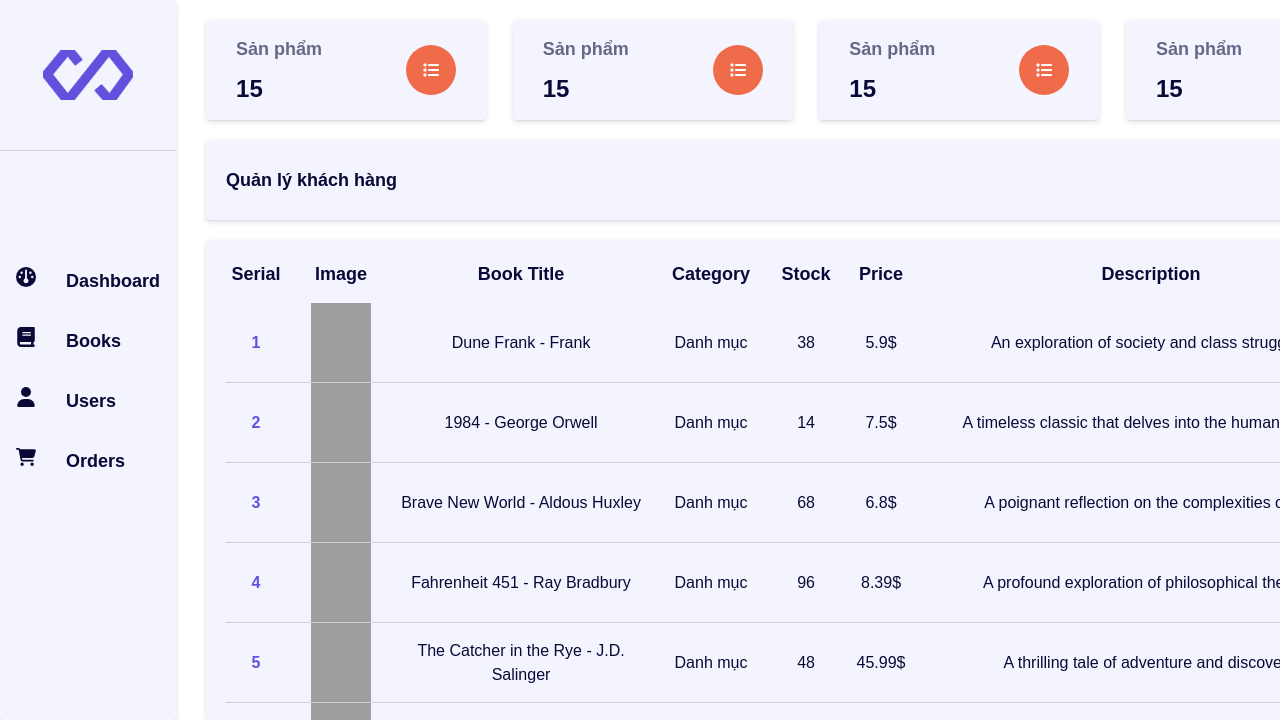
Repository: kauittt/BookStore_FE
Page: / (app in book-store/), after clicking the first element matching `svg.fa-pen`
The author's editor kept a copy of each file at every save. The page is drawn from the files as they stood at one save, then again after the next save.
The browser window is 1280 px wide. The pictures show the whole page.
Pictures or frames that could not be fetched are drawn as grey boxes. An inner scrolling area shows only its first screen. The project was rebuilt for these pictures with package versions that can differ from the ones it lists, and the page was loaded fresh each time. Also part of the build but not shown: book-store/vite.config.js, book-store/src/components/elements/FormInput.jsx, book-store/src/components/login-signup/Login.jsx, book-store/src/components/book/BookItem.jsx, book-store/src/components/book/BookList.jsx, book-store/src/components/elements/BackNavigation.jsx, book-store/src/components/book/BookDetail.jsx, book-store/src/components/cart/QuantitySelector.jsx and 4 more.

Above is the page before, as saved 2024-07-20 12:46:02.

### book-store/src/App.jsx
import Login from "./components/login-signup/Login";
import BookItem from "./components/book/BookItem";
import BookList from "./components/book/BookList";
import BookDetail from "./components/book/BookDetail";
import CartItem from "./components/cart/CartItem";
import Cart from "./components/cart/Cart";
import Checkout from "./components/checkout/Checkout";
import AdminNav from "./components/admin/AdminNav";
import ManageList from "./components/admin/ManageList";
import AdminPage from "./components/admin/AdminPage";
import Card from "./components/elements/Card";

const App = () => {
    //! Width - Height: 1536 - 703
    //! 270 - 255
    //! Width: 0.9
    //! Height: 0.585

    //* Semibold - Normal
    //* 3xl (Tiêu đề to) - lg (To hơn bình thường) - sm (Chú thích nhỏ) - Normal

    const data = [
        {
            image: "https://nhasachphuongnam.com/images/thumbnails/240/290/detailed/287/con-duong-hoi-giao-tb-2024.jpg",
            price: "5.9",
            name: "Dune Frank ",
            author: "Frank ",
        },
        {
            image: "https://i.pinimg.com/474x/57/70/55/5770553158ceac5870925fd79f9699eb.jpg",
            price: "7.5",
            name: "1984",
            author: "George Orwell",
        },
        {
            image: "https://listsach.com/wp-content/uploads/2020/05/bia-sach-dep-ngoi-nha-nghin-hanh-lang.jpg",
            price: "6.8",
            name: "Brave New World",
            author: "Aldous Huxley",
        },
        {
            image: "https://listsach.com/wp-content/uploads/2020/05/quyen-sach-co-bia-dep-khong-gia-dinh.jpg",
            price: "8.39",
            name: "Fahrenheit 451",
            author: "Ray Bradbury",
        },
        {
            image: "https://salt.tikicdn.com/cache/w1200/ts/product/03/ee/cc/9e91a112fb77049e9167f41ef62f832e.jpeg",
            price: "45.99",
            name: "The Catcher in the Rye",
            author: "J.D. Salinger",
        },
        {
            image: "https://intamphuc.vn/wp-content/uploads/2023/06/mau-bia-sach-dep-4.jpg",
            price: "9.2",
            name: "To Kill a Mockingbird",
            author: "Harper Lee",
        },
        {
            image: "https://vietart.co/blog/wp-content/uploads/2014/01/2_thiet_ke_bia_sach_dep_20.jpg",
            price: "5.0",
            name: "The Great Gatsby",
            author: "F. Scott Fitzgerald",
        },
        {
            image: "https://thegioidohoa.com/wp-content/uploads/2017/08/tong-hop-20-mau-bia-sach-doc-dao-nhat-nam-2017-7.jpg",
            price: "6.5",
            name: "Moby Dick",
            author: "Herman Melville",
        },
        {
            image: "https://encrypted-tbn0.gstatic.com/images?q=tbn:ANd9GcRVxy22da304ThgqLt9eKkHoYNLhIEgOL5vLCuA0X--bl323dKTKr0Q_H8tqkGQcfgcqA8&usqp=CAU",
            price: "7.8",
            name: "War and Peace",
            author: "Leo Tolstoy",
        },
        {
            image: "https://intamphuc.vn/wp-content/uploads/2023/06/mau-bia-sach-dep-2.jpg",
            price: "6.0",
            name: "Pride and Prejudice",
            author: "Jane Austen",
        },
    ];

    // Các mô tả mẫu để sử dụng
    const descriptions = [
        "A timeless classic that delves into the human psyche.",
        "An exploration of society and class struggles.",
        "A thrilling tale of adventure and discovery.",
        "A thought-provoking story that challenges conventional wisdom.",
        "A masterpiece of modern literature.",
        "A poignant reflection on the complexities of life.",
        "A gripping narrative that captivates the reader from start to finish.",
        "An emotional journey through love, loss, and redemption.",
        "A profound exploration of philosophical themes.",
        "An unforgettable story of courage and resilience.",
    ];

    // Hàm tạo số lượng ngẫu nhiên từ 1 đến 100
    function getRandomQuantity() {
        return Math.floor(Math.random() * 100) + 1;
    }

    // Hàm tạo mô tả ngẫu nhiên từ danh sách mô tả mẫu
    function getRandomDescription() {
        const index = Math.floor(Math.random() * descriptions.length);
        return descriptions[index];
    }

    // Tạo dữ liệu đa dạng cho mảng data
    const enhancedData = data.map((item) => ({
        ...item,
        quantity: getRandomQuantity(),
        description: getRandomDescription(),
    }));

    const detail = {
        image: "https://nhasachphuongnam.com/images/thumbnails/240/290/detailed/287/con-duong-hoi-giao-tb-2024.jpg",
        price: "5.9",
        name: "Dune",
        author: "Frank Herbert ",
        quantity: 10,
        description:
            "Contrary to popular belief, Lorem Ipsum is not simply random text. It has roots in a piece of classical Latin literature from 45 BC, making it over 2000 years old. Richard McClintock, a Latin professor at Hampden-Sydney College in Virginia, looked up one of the more obscure Latin words, consectetur, from a Lorem Ipsum passage, and going through the cites of the word in classical literature, discovered the undoubtable source. Lorem Ipsum comes from sections",
    };

    //! Sửa chổ quantity*price trong tính cart, checkout
    return (
        // container mx-auto
        <div className="text-text-normal  cursor-default select-none">
            {/* <Card name="Sản phẩm" quantity="15" icon={faList}></Card> */}

            <AdminPage books={enhancedData}></AdminPage>
            {/* <ManageList books={enhancedData}></ManageList> */}
            {/* <AdminNav></AdminNav> */}
            {/* <Checkout books={enhancedData}></Checkout> */}
            {/* <Cart books={enhancedData}></Cart> */}
            {/* <CartItem book={detail}></CartItem> */}
            {/* <BookDetail book={detail}></BookDetail> */}
            {/* <BookList title="Classic" books={data}></BookList> */}
            {/* <Login></Login> */}
        </div>
    );
};

export default App;

### book-store/src/index.css
@tailwind base;

* {
    scrollbar-width: thin;
}

@tailwind components;
@tailwind utilities;

.container {
    width: 100%;
}
@media (min-width: 640px) {
    .container {
        max-width: 640px;
    }
}
@media (min-width: 768px) {
    .container {
        max-width: 768px;
    }
    @media (min-width: 1024px) {
        .container {
            max-width: 1024px;
        }
    }
    @media (min-width: 1280px) {
        .container {
            max-width: 1280px;
        }
    }
    @media (min-width: 1400px) {
        .container,
        .container-lg,
        .container-md,
        .container-sm,
        .container-xl,
        .container-xxl {
            max-width: 1320px;
        }
    }
}

### book-store/src/components/admin/AdminNav.jsx
import PropTypes from "prop-types";
import { FontAwesomeIcon } from "@fortawesome/react-fontawesome";
import {
    faCartShopping,
    faUser,
    faBook,
    faGauge,
} from "@fortawesome/free-solid-svg-icons";

const AdminNav = () => {
    return (
        <div
            className="flex flex-col  gap-[100px]
            font-semibold text-lg  w-[260px]
            bg-bgr-main shadow-custom rounded"
        >
            <div
                className="w-full flex justify-center mt-[50px] pb-[50px]
            border-b border-border"
            >
                <img
                    src="./image/Logo.png"
                    alt="Logo"
                    className="w-[90px] h-[50px]  object-cover"
                />
            </div>

            <div>
                <div
                    className="p-[16px]
            transition-all duration-200 ease-in-out
            group hover:bg-bgr-white hover:shadow-custom rounded
            cursor-pointer"
                >
                    <p className="flex gap-[10px]">
                        <FontAwesomeIcon
                            className="mr-[20px] w-[20px] h-[20px]"
                            icon={faGauge}
                        />
                        Dashboard
                    </p>
                </div>
                <div
                    className="p-[16px]
            transition-all duration-200 ease-in-out
            group hover:bg-bgr-white hover:shadow-custom rounded
            cursor-pointer"
                >
                    <p className="flex gap-[10px]">
                        <FontAwesomeIcon
                            className="mr-[20px] w-[20px] h-[20px]"
                            icon={faBook}
                        />
                        Books
                    </p>
                </div>
                <div
                    className="p-[16px]
            transition-all duration-200 ease-in-out
            group hover:bg-bgr-white hover:shadow-custom rounded
            cursor-pointer"
                >
                    <p className="flex gap-[10px]">
                        <FontAwesomeIcon
                            className="mr-[20px]  w-[20px] h-[20px]"
                            icon={faUser}
                        />
                        Users
                    </p>
                </div>
                <div
                    className="p-[16px]
            transition-all duration-200 ease-in-out
            group hover:bg-bgr-white hover:shadow-custom rounded
            cursor-pointer"
                >
                    <p className="flex gap-[10px]">
                        <FontAwesomeIcon
                            className="mr-[20px] w-[20px] h-[20px]"
                            icon={faCartShopping}
                        />
                        Orders
                    </p>
                </div>
            </div>
        </div>
    );
};

AdminNav.propTypes = {
    book: PropTypes.object,
};
export default AdminNav;

### book-store/src/components/admin/ManageList.jsx
import React from "react";
import PropTypes from "prop-types";
import { FontAwesomeIcon } from "@fortawesome/react-fontawesome";
import {
    faCartShopping,
    faUser,
    faBook,
    faGauge,
} from "@fortawesome/free-solid-svg-icons";
import ManageItem from "./ManageItem";
import FormButton from "./../elements/FormButton";
const ManageList = (props) => {
    console.log(window.innerHeight);
    const category = [
        {
            group: "Order",
            fields: [
                { name: "Serial", width: "50px" },
                { name: "Customer Name", width: "150px" },
                { name: "Book Title", width: "150px" },
                { name: "Quantity", width: "100px" },
                { name: "Price", width: "100px" },
                { name: "Phone Number", width: "100px" },
                { name: "Address", flex: "1" }, // Use flex for flexible widths
            ],
        },
        {
            group: "Book",
            fields: [
                { name: "Serial", style: "w-[60px] text-center" },
                { name: "Image", style: "w-[80px] text-center" },
                { name: "Book Title", style: "w-[250px] text-center" },
                { name: "Category", style: "w-[100px] text-center" },
                { name: "Stock", style: "w-[60px] text-center" },
                { name: "Price", style: "w-[60px] text-center" },
                { name: "Description", style: "flex-1 text-center" },
            ],
        },
        {
            group: "User",
            fields: [
                { name: "Serial", width: "50px" },
                { name: "Username", width: "150px" },
                { name: "Name", width: "200px" },
                { name: "Role", width: "100px" },
                { name: "Email", width: "200px" },
                { name: "Phone Number", width: "150px" },
                { name: "Address", flex: "1" },
            ],
        },
    ];

    return (
        //* Danh sách sản phẩm
        <div
            className="max-w-[1200px] w-[1200px] p-[20px] pr-[30px]
        flex flex-col gap-[15px] bg-bgr-main shadow-custom rounded
        overflow-y-auto"
        >
            {/*//* Category */}
            <div
                className="flex justify-between items-center gap-[15px]
            font-semibold text-lg"
            >
                {category[1].fields.map((field, index) => (
                    <p key={index} className={`${field.style} `}>
                        {field.name}
                    </p>
                ))}
            </div>

            {/*//* List Item */}
            <div className="flex flex-col max-h-full ">
                {props.books.map((book, index) => (
                    <ManageItem
                        data={book}
                        category={category[1].fields}
                        key={index}
                        index={index}
                    ></ManageItem>
                ))}
            </div>

            {/* <div className="flex justify-end">
                <FormButton name="Checkout"></FormButton>
            </div> */}
        </div>
    );
};
ManageList.propTypes = {
    books: PropTypes.array,
};
export default ManageList;

### book-store/src/components/admin/AdminPage.jsx
import React from "react";
import PropTypes from "prop-types";
import ManageList from "./ManageList";
import AdminNav from "./AdminNav";
import Card from "./../elements/Card";
import ManageTitle from "./ManageTitle";
import { FontAwesomeIcon } from "@fortawesome/react-fontawesome";
import {
    faCircleUser,
    faCartShopping,
    faHandHoldingDollar,
    faList,
} from "@fortawesome/free-solid-svg-icons";

const AdminPage = (props) => {
    return (
        <div
            className="flex gap-[30px] justify-between
        max-h-screen overflow-hidden
        "
        >
            {/*//* Left  */}
            <AdminNav></AdminNav>

            {/*//* Right  */}
            <div className="flex flex-col gap-[20px] pt-[20px] pr-[20px]">
                <div className="flex justify-between items-center ">
                    <Card name="Sản phẩm" quantity={15} icon={faList}></Card>
                    <Card name="Sản phẩm" quantity={15} icon={faList}></Card>
                    <Card name="Sản phẩm" quantity={15} icon={faList}></Card>
                    <Card name="Sản phẩm" quantity={15} icon={faList}></Card>
                </div>
                <ManageTitle
                    name="Quản lý khách hàng"
                    button="Add User"
                ></ManageTitle>
                <ManageList books={props.books}></ManageList>
            </div>
        </div>
    );
};

AdminPage.propTypes = {
    books: PropTypes.array,
};
export default AdminPage;

### book-store/src/components/elements/Card.jsx
import React from "react";
import PropTypes from "prop-types";
import { FontAwesomeIcon } from "@fortawesome/react-fontawesome";
import {
    faCircleUser,
    faCartShopping,
    faHandHoldingDollar,
    faList,
} from "@fortawesome/free-solid-svg-icons";
const Card = (props) => {
    return (
        <div
            className="flex items-center justify-between
            w-[280px] h-[100px] bg-bgr-main p-[30px]
        rounded shadow-custom"
        >
            <div className="flex flex-col gap-[10px]">
                <p className="text-lg text-text-light font-semibold">
                    {props.name}
                </p>
                <p className="text-2xl font-semibold">{props.quantity}</p>
            </div>
            <FontAwesomeIcon
                className="p-[17px] rounded-full
             bg-bgr-color text-text-white"
                icon={props.icon}
            />
            {/* <FontAwesomeIcon icon={faCartShopping} />
            <FontAwesomeIcon icon={faHandHoldingDollar} />
            <FontAwesomeIcon icon={faCircleUser} /> */}
        </div>
    );
};

Card.propTypes = {
    name: PropTypes.string,
    quantity: PropTypes.number,
    icon: PropTypes.object,
    color: PropTypes.string,
};
export default Card;

### book-store/src/components/elements/FormButton.jsx
import PropTypes from "prop-types";

const FormButton = ({
    name = "Button",
    main = true,
    type = "button",
    disabled = false,
    ...props
}) => {
    return (
        <button
            type={type}
            disabled={disabled}
            className={`m-w-[100px] w-[100px] m-h-[40px] h-[40px] leading-[40px]
            rounded text-lg font-semibold
            flex items-center justify-center
            cursor-pointer shadow-custom
            transition-all duration-200 ease-in-out
            bg-bgr-white
            ${main ? "bg-bgr-white" : "bg-bgr-white"}
            ${main ? "text-text-color" : "text-bgr-color"}
            ${
                main
                    ? "border border-text-color hover:bg-text-color hover:text-text-white"
                    : "border border-bgr-color hover:bg-bgr-color hover:text-text-white"
            }
            `}
            {...props}
        >
            {name}
        </button>
    );
};

FormButton.propTypes = {
    main: PropTypes.bool,
    name: PropTypes.string.isRequired,
    type: PropTypes.string,
    disabled: PropTypes.bool,
};

export default FormButton;

### book-store/src/components/admin/ManageItem.jsx
import PropTypes from "prop-types";
import { FontAwesomeIcon } from "@fortawesome/react-fontawesome";
import { faPen } from "@fortawesome/free-solid-svg-icons";

const ManageItem = (props) => {
    // STT | Tên khách | Tên sách | Số lượng | Giá     | Phone | Address
    // STT | Hình      | Tên sách | Danh mục | Tồn kho | Giá   | Mô tả
    // STT | Username  | Name     | Role     | Email   | Phone | Address

    const isImage = props.data.image ? true : false;
    // console.log(props.data);
    // console.log(props.category);

    return (
        <div
            className="flex justify-between  items-center
                gap-[15px] min-h-[80px] h-[80px] relative
                border-b border-border"
        >
            <p
                className={`${props.category[0].style} font-semibold text-text-color`}
            >
                {props.index + 1}
            </p>

            {isImage ? (
                <div
                    className={`${props.category[1].style} h-full
                flex items-center justify-center`}
                >
                    <img
                        className="w-[60px] h-full object-cover"
                        src={props.data.image}
                        alt="Image"
                    />
                </div>
            ) : (
                <p className={`${props.category[1].style} `}>Tăng Khải Minh</p>
            )}

            <p className={`${props.category[2].style} `}>
                {props.data.name + " - " + props.data.author}
            </p>

            <p className={`${props.category[3].style} `}>Danh mục</p>

            <p className={`${props.category[4].style} `}>
                {props.data.quantity}
            </p>

            <p className={`${props.category[5].style} `}>{props.data.price}$</p>

            <p className={`${props.category[6].style} `}>
                {props.data.description}
            </p>

            <FontAwesomeIcon
                className="absolute right-[-20px] p-[10px] rounded cursor-pointer
                text-bgr-color
                transition-all duration-200 ease-in-out
                hover:bg-bgr-color hover:text-text-white  "
                icon={faPen}
            />

            {/* <div className="flex items-center relative">

            </div> */}
        </div>
    );
};
ManageItem.propTypes = {
    data: PropTypes.object,
    category: PropTypes.array,
    index: PropTypes.number,
};
export default ManageItem;

### book-store/src/components/admin/ManageTitle.jsx
import React from "react";
import PropTypes from "prop-types";
import FormButton from "./../elements/FormButton";

const ManageTitle = (props) => {
    return (
        <div
            className="flex justify-between items-center
        h-[80px] bg-bgr-main p-[20px]
            rounded shadow-custom"
        >
            <p className="font-semibold text-lg">{props.name}</p>
            <FormButton name={props.button}></FormButton>
        </div>
    );
};

ManageTitle.propTypes = {
    name: PropTypes.string,
    button: PropTypes.string,
};

export default ManageTitle;

### book-store/tailwind.config.js
/** @type {import('tailwindcss').Config} */
export default {
    content: ["./index.html", "./src/**/*.{js,ts,jsx,tsx}"],
    theme: {
        colors: {
            //* Background
            "bgr-main": "#F4F4FF",
            "bgr-color": "#EF6B4A", // Màu cam
            "bgr-color-hover": "#C2371E", // Darker for hover
            "bgr-white": "#FFFFFF",

            //* Text
            "text-normal": "#090937",
            "text-color": "#6251DD", // Màu tím
            "text-color-hover": "#4937B8", // Darker for hover
            "text-light": "#676787",
            "text-white": "#FFFFFF",
            "text-error": "#e74c3c", // Màu đỏ
            "text-error-hover": "#c0392b", // Darker for hover

            //* Border
            border: "#cfcfcf",
        },
        extend: {
            fontFamily: {
                sans: ["Manrope", "sans-serif"],
            },
            boxShadow: {
                custom: "rgba(50, 50, 105, 0.15) 0px 2px 5px 0px, rgba(0, 0, 0, 0.05) 0px 1px 1px 0px",
            },
        },
    },
    plugins: [],
};

Loaded but not shown: book-store/index.html (common file); book-store/src/main.jsx (common file)

After the next save:
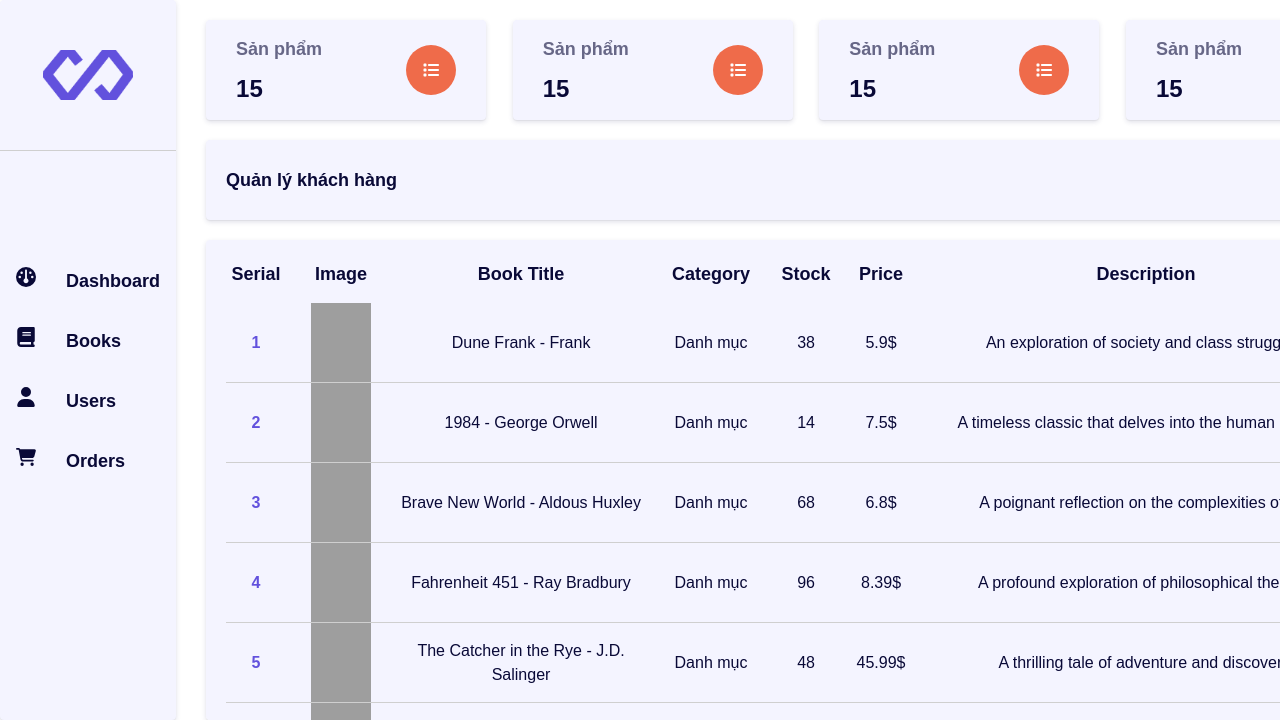
Saved 45 s later.
--- a/book-store/src/components/admin/ManageList.jsx
+++ b/book-store/src/components/admin/ManageList.jsx
@@ -53,7 +53,7 @@ const ManageList = (props) => {
     return (
         //* Danh sách sản phẩm
         <div
-            className="max-w-[1200px] w-[1200px] p-[20px] pr-[30px]
+            className="max-w-[1200px] w-[1200px] p-[20px] pr-[40px]
         flex flex-col gap-[15px] bg-bgr-main shadow-custom rounded
         overflow-y-auto"
         >
